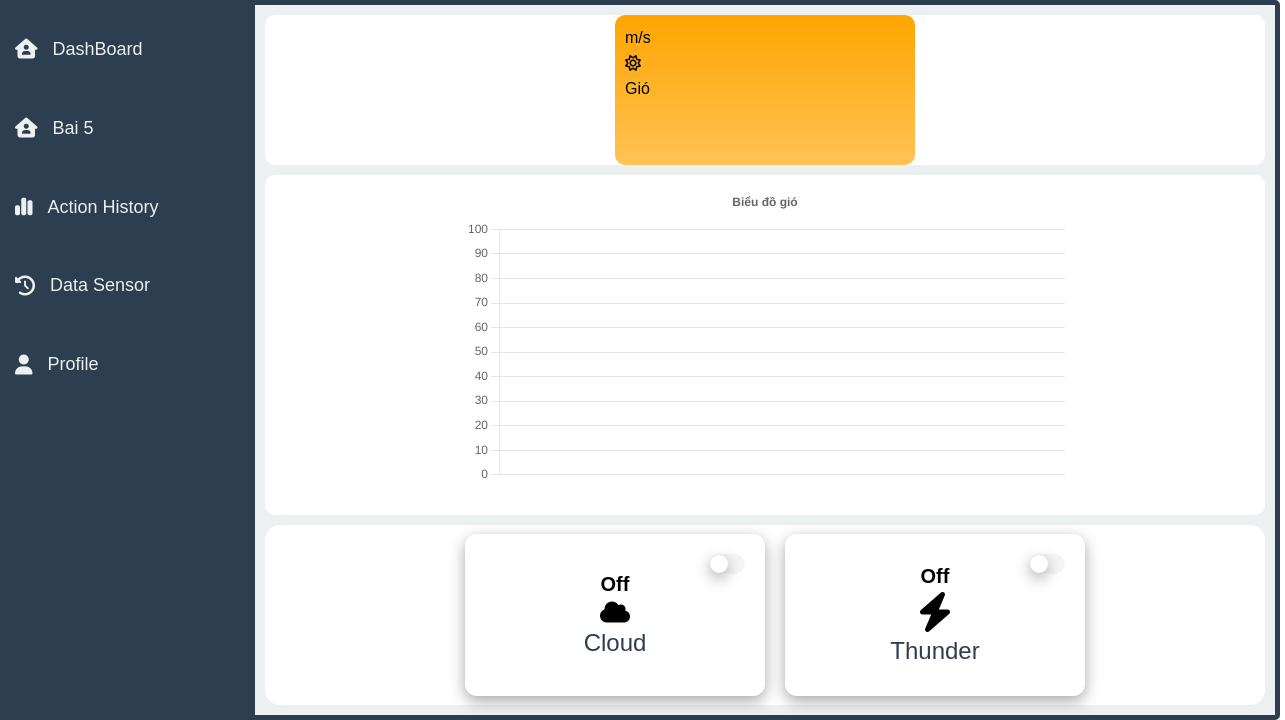
Repository: duongnoob23/duyyyy
Page: /bai5 (app in iot/)
An editor plug-in stored every save of this project. The page is shown before and after the next save, followed by the edit.
The browser window is 1280 px wide. The page is 1285 px wide, so the pictures cover 1285 px, including what lies to the right of the window. The pictures show the whole page.
The page's requests for data from a server got no answer. Some web libraries are served in a nearby version. The project was rebuilt for these pictures with package versions that can differ from the ones it lists, and the page was loaded fresh each time. No one was signed in, and anything a server would have sent is missing. Also part of the build but not shown: iot/src/App.css, iot/src/Components/Doughnut/GaugeChart.js, iot/src/Components/LineChart/LineChartECharts.js, iot/src/Pages/Home/Home.js, iot/src/Pages/DataLogs/DataLogs.js, iot/src/Pages/Profile/Profile.css, iot/src/Pages/Profile/Profile.js, iot/src/Pages/Action/Action.js.

Above is the page before, as saved 2024-12-02 22:33:35.

### iot/public/index.html
<!DOCTYPE html>
<html lang="en">
  <head>
    <meta charset="utf-8" />
    <link rel="icon" href="%PUBLIC_URL%/favicon.ico" />
    <meta name="viewport" content="width=device-width, initial-scale=1" />
    <meta name="theme-color" content="#000000" />
    <meta
      name="description"
      content="Web site created using create-react-app"
    />
    <link rel="apple-touch-icon" href="%PUBLIC_URL%/logo192.png" />
    <!--
      manifest.json provides metadata used when your web app is installed on a
      user's mobile device or desktop. See https://developers.google.com/web/fundamentals/web-app-manifest/
    -->
    <link rel="manifest" href="%PUBLIC_URL%/manifest.json" />
    <!--
      Notice the use of %PUBLIC_URL% in the tags above.
      It will be replaced with the URL of the `public` folder during the build.
      Only files inside the `public` folder can be referenced from the HTML.

      Unlike "/favicon.ico" or "favicon.ico", "%PUBLIC_URL%/favicon.ico" will
      work correctly both with client-side routing and a non-root public URL.
      Learn how to configure a non-root public URL by running `npm run build`.
    -->
    <link rel="stylesheet" href="https://cdnjs.cloudflare.com/ajax/libs/font-awesome/6.6.0/css/all.min.css" integrity="sha512-Kc323vGBEqzTmouAECnVceyQqyqdsSiqLQISBL29aUW4U/M7pSPA/gEUZQqv1cwx4OnYxTxve5UMg5GT6L4JJg==" crossorigin="anonymous" referrerpolicy="no-referrer" />
    <title>React App</title>
    <script src="https://code.highcharts.com/highcharts.js"></script>
  </head>
  <body>
    <noscript>You need to enable JavaScript to run this app.</noscript>
    <div id="root"></div>
    <!--
      This HTML file is a template.
      If you open it directly in the browser, you will see an empty page.

      You can add webfonts, meta tags, or analytics to this file.
      The build step will place the bundled scripts into the <body> tag.

      To begin the development, run `npm start` or `yarn start`.
      To create a production bundle, use `npm run build` or `yarn build`.
    -->
  </body>
</html>

### iot/src/index.js
import React from 'react';
import { DatePicker } from 'antd';
import ReactDOM from 'react-dom/client';
import './index.css';
import App from './App';
import reportWebVitals from './reportWebVitals';
import { BrowserRouter } from 'react-router-dom';


const root = ReactDOM.createRoot(document.getElementById('root'));
root.render(
  // <React.StrictMode>
  <BrowserRouter>
    <App />
  </BrowserRouter>

  // </React.StrictMode>
);


reportWebVitals();

### iot/src/index.css
body {
  margin: 0;
  font-family: -apple-system, BlinkMacSystemFont, 'Segoe UI', 'Roboto', 'Oxygen',
    'Ubuntu', 'Cantarell', 'Fira Sans', 'Droid Sans', 'Helvetica Neue',
    sans-serif;
  -webkit-font-smoothing: antialiased;
  -moz-osx-font-smoothing: grayscale;
}

code {
  font-family: source-code-pro, Menlo, Monaco, Consolas, 'Courier New',
    monospace;
}

*{
  box-sizing: border-box;
  font-family: Arial, Helvetica, sans-serif;
}

html{
  font-size: 62.5%;
}

ul,li{
  list-style-type: none;
  margin: 0;
  padding:0;
}
a{
  text-decoration: none;
}

body{
  margin: 0;
  padding: 0;

}

### iot/src/App.js
// import logo from './logo.svg';
import './App.css';
import Layout from './Components/Layout/Layout';
import { Routes,Route} from 'react-router-dom';
import Home from './Pages/Home/Home';
import DataLogs from './Pages/DataLogs/DataLogs';
import Profile from './Pages/Profile/Profile';
import Action from './Pages/Action/Action';
import Bai5 from './Pages/Bai5/Bai5';
function App() {
  return (
    <>

      <Routes>
          <Route path="/" element = {<Layout/>}>
            <Route path='home' element={<Home/>}/>
            <Route path='bai5' element={<Bai5 />}/>
            <Route path='datalogs' element={<DataLogs/>}/>
            <Route path='profile' element={<Profile/>}/>
            <Route path='action' element={<Action/>}/>
          </Route>
      </Routes>
    </>
  );
}

export default App;

### iot/src/Components/Layout/Layout.css


/* Reset default padding and margins */
* {
    margin: 0;
    padding: 0;
    box-sizing: border-box;
}

/* DashBoard container */
.dashBoard {
    display: flex;
    height : 100vh;
    font-family: 'Roboto', sans-serif;
}

/* SideBar styling */
.sideBar {
    width: 250px;
    background-color: #2c3e50;
    padding: 20px 0;
    position: fixed;
    height: 100%;
    transition: all 0.3s ease;
}

.sideBar-list {
    list-style: none;
    padding-left: 0;
}

.sideBar-item {
    margin-bottom: 20px;
}

.sideBar-icon {
    display: flex;
    align-items: center;
    padding: 15px;
    color: #ecf0f1;
    text-decoration: none;
    transition: background 0.3s ease, color 0.3s ease;
}

.sideBar-icon i {
    margin-right: 15px;
    font-size: 20px;
}

/* Hover effect for sidebar items */
.sideBar-icon:hover {
    background-color: #34495e;
    color: #1abc9c;
    cursor: pointer;
    padding-left: 25px; /* Add a slide effect */
    transition: all 0.3s ease;
}

.sideBar-text {
    font-size: 18px;
}

/* Active link effect */
.sideBar-icon.active {
    background-color: #1abc9c;
    color: #fff;
    border-radius: 8px;
    transition: all 0.3s ease;
}

/* SideMain styling */
.sideMain {
    margin-left: 250px;
    background-color: #ecf0f1;
    flex-grow: 1;
}

/* Responsive Design */
@media screen and (max-width: 768px) {
    .sideBar {
        width: 200px;
    }

    .sideBar-icon {
        padding: 10px;
    }

    .sideMain {
        margin-left: 200px;
        padding: 20px;
    }
}

@media screen and (max-width: 576px) {
    .sideBar {
        width: 60px;
    }

    .sideBar-icon i {
        margin-right: 0;
        text-align: center;
        flex: 1;
    }

    .sideBar-text {
        display: none;
    }

    .sideMain {
        margin-left: 60px;
        padding: 10px;
    }
}

### iot/src/Pages/Home/Home.css

.main {
    display: flex;
    flex-direction: column;
    height : 100%;

    box-sizing: border-box;
}

.section {
  width: 100%;
  height : 100%;
}



.section-one{
    width: 100%;
    height : 100%;
    display: flex;
    flex-direction: row;

}

.left{
  width: 75%;
}

.right{
  width: 25%;
}

.sensor{
    height: 30%;
}


.sensor-list {
    height: 100%;
    display: flex;
    list-style-type: none;
    padding: 0;
    margin: 0;
    justify-content: space-between;
    width: 100%;
}

.sensor-item {
    flex: 1;

    background-color: #ffffff;
    border-radius: 12px;
    box-shadow: 0 4px 12px rgba(0, 0, 0, 0.1);
    display: flex;
    flex-direction: column;
    align-items: center;
    text-align: center;
    margin: 10px;
    min-width: 50px;
}
  .sensor-item .sensor-digit {
    font-size: 1.2em;
    font-weight: bold;
    margin-bottom: 5px;
    color: #333;
  }

  .sensor-item:nth-child(2){
  }

  .sensor-bar {
    width: 100%;
    height: 100px;
    background-color: #e0e0e0;
    border-radius: 8px;
    position: relative;
    overflow: hidden;
    margin: 10px 0;
  }

  .sensor-fill {
    position: absolute;
    bottom: 0;
    width: 100%;
    border-radius: 8px;
  }

  .sensor-item.light .sensor-fill {
    background-color: #ffb74d;
  }

  .sensor-item.temperature .sensor-fill {
    background-color: #ef5350;
  }

  .sensor-item.humidity .sensor-fill {
    background-color: #42a5f5;
  }

  .label {
    font-size: 0.9em;
    font-weight: 600;
    color: #777;
  }
  .chart {
    height: 70%;
    width: 100%;
    padding: 0;
  }
.styleChart{
  aspect-ratio: 7/3;
}
  .electric1 {
    width: 100%;
    margin-top: 5px;
  }

  .electric1-list {
    list-style: none;
    padding: 0;
    margin: 0;
    display: flex;
    flex-direction: column;
    justify-content: space-around;
    gap: 15px;
  }

  .electric1-item {
    text-align: center;
    padding: 20px;
    background-color: white;
    border-radius: 10px;
    box-shadow: 0px 4px 10px rgba(0, 0, 0, 0.1);
    transition: transform 0.3s ease, box-shadow 0.3s ease;
    width: 300px;
  }




  .electric1-box {
    position: relative;
    margin-bottom: 10px;
  }

  .electric1-input {
    display: none;
  }

  .electric1-label {
    display: block;
    width: 60px;
    height: 30px;
    background-color: #ddd;
    border-radius: 15px;
    position: relative;
    cursor: pointer;
    transition: background-color 0.3s;
  }



  .electric1-input:checked + .electric1-label {
    background-color: #4caf50;
  }

  .electric1-input:checked + .electric1-label:before {
    left: 31px;
  }

  .on-off {
    font-weight: bold;
    margin-top: 8px;
    font-size: 16px;
  }

  .electric1-item i {
    font-size: 36px;
    color: #4caf50;
  }

  .electric1-item .light-icon,
  .electric1-item .temp-icon,
  .electric1-item .air-icon {
    color: #aaa;
  }

### iot/src/Components/Helper/URL.js
export const URL = "http://localhost:3001";

### iot/src/Pages/DataLogs/DataLogs.css
*{
    box-sizing: border-box;
}
.table {
    width: 90%;
    border-collapse: collapse;
    margin: 10px;
    border-radius:10px;
    overflow: hidden;
}

.data{
    border:5px solid #2c3e50;
    border-radius: 0 5px 5px 0;
    height: 100%;
}

.table__body{
    border-radius: 10px;
    border: 2px solid #2c3e50;
}

.table__head{
    border: 2px solid #2c3e50;
}
th, td {
    padding: 10px;
    text-align: center;
    border-bottom: 1px solid #ddd;
}
th {
    background-color: #2c3e50;
    color: white;
}

.table-row__body{
    transition: all 0.1s linear;

}
.table-row__body:nth-child(even){
    background-color: #eee;

}
.table-row__body:hover{
    background-color: #2c3e50;
    color: #F4C427;

}

.table-row__body:active{
    background-color: #2c3e50;
    color: #F4C427;
}
.data__title{
    margin-left: 10px;
    font-size: 20px;
    font-weight: bold;
}

.data__sort{
    margin-left: 10px;
    font-size: 15px;
    font-weight: bold;
    margin-bottom: 10px;

}

.data__in{
    border-radius: 10px;
    border: 2px solid #7A40F2;
    margin: 10px;
}

### iot/src/Pages/Action/Action.css
* {
    box-sizing: border-box;
    font-family: 'Arial', sans-serif; /* Change this to your preferred font */
    font-size: 16px; /* Default font size */
    line-height: 1.6; /* Controls line spacing */
}


.action {
    border: 5px solid #2c3e50;
    border-radius: 0 5px 5px 0;
    height: 100vh; /* Full viewport height */
    display: flex;
    flex-direction: column;
    justify-content: space-between; /* Distribute space evenly */
}

.action-title {
    margin-left: 10px;
    font-size: 24px;
    font-weight: bold;
    margin-bottom: 20px;
}

.option {
    display: flex;
    align-items: center;
    margin-bottom: 20px;
}

.search {
    margin-left: 20px;
    display: flex;
    align-items: center;
}

.search__input {
    padding: 8px 15px;
    border-radius: 8px;
    outline: none;
    border: 1px solid #2c3e50;
    margin-right: 5px;
    font-size: 16px;
}

.search__icon {
    cursor: pointer;
    font-size: 20px;
    color: #2c3e50;
}

.select, .select2 {
    margin-left: auto;
    padding: 0 10px;
}

.select__list {
    padding: 8px 12px;
    border-radius: 8px;
    border: 1px solid #2c3e50;
    outline: none;
    font-size: 16px;
}

/* Table container to control overflow */
.table__container {
    flex-grow: 1;
    overflow-y: auto;
    border-radius: 10px;
    margin: 0 20px;
    padding-bottom: 20px;
}

.table {
    width: 100%;
    border-collapse: collapse;
}

.table__head {
    background-color: #2c3e50;
    color: white;
    border-radius: 10px 10px 0 0;
}

.table-row__head th, .table-row__body td {
    padding: 10px;
    text-align: center;
}

.table-row__body:nth-child(even) {
    background-color: #f7f7f7;
}

.table-row__body:hover {
    background-color: #2c3e50;
    color: #F4C427;
}

/* Maintain height to ensure 10 rows fill the page */
.table-row__body {
    height: 40px; /* Adjust this based on design preferences */
    transition: background-color 0.3s;
}

.table__body {
    border-radius: 0 0 10px 10px;
}

.pagination {
    margin-right: 20px;
    padding: 10px 0;
    text-align: right;
}

.pagi__list {
    display: flex;
    justify-content: flex-end;
    align-items: center;
    font-size: 16px;
}

.pagi__item {
    margin: 0 5px;
    cursor: pointer;
    padding: 5px 10px;
    border: 1px solid #3498db;
    border-radius: 5px;
    transition: background-color 0.3s;
}

.pagi__next, .pagi__pre {
    color: #3498db;
}

.pagi__cur {
    font-weight: bold;
    color: #fff;
    background-color: #15181b;
    border-radius: 5px;
    padding: 5px 10px;
}

/* Ensure last row visibility */
.table__container::-webkit-scrollbar {
    width: 6px;
}

.table__container::-webkit-scrollbar-thumb {
    background-color: #121518;
    border-radius: 10px;
}

### iot/src/Pages/Bai5/Bai5.css
.main{
    width: 100%;
    padding:10px;
    height: 100%;
    border:5px solid #2c3e50;
    border-radius: 0 5px 5px 0;
}


.section{
}

.section .section-two{
    height: 100%;
    width: 100%;
    display: flex;
    flex-direction: column;
}



.control{
    background-color: white;
    border-radius: 15px;
}

.control-list{
    display: flex;
    justify-content: center;
    align-items: center;
    margin-left: -20px;
    height: 100%;
}

.control-item{
    width: 80%;
    height: calc(100% / 3 - 10px);
    margin-left: 20px;
    border-radius: 10px;
    padding: 10px;
    box-shadow: rgba(0, 0, 0, 0.35) 0px 5px 15px;
    color:#2c3e50;
    display: flex;
    flex-direction: column;
    justify-content: space-between;
    font-size: 15px;
    transition: all 0.25s linear;
    position: relative;
}



.control-item i{
    font-size: 40px;
}

.control-item .on-off{
    font-size: 20px;
    color: black;
    margin-top: 0;
}

.control-item:hover .on-off{
}

.control-input{
    display: none;
}

.control-input:checked + .control-label{
    background-color: #2c3e50;
    box-shadow: white 0px 5px 15px;
}

.control-input:checked + .control-label:after{
    background-color: white;
    transform: translateX(17px);
}
.control-input:checked .temperature{
    color: #2c3e50;
}


.control-label{
    position: absolute;
    top:20px;
    right: 20px;
    width: 36px;
    height: 20px;
    border-radius: 20px;
    background-color: #F5F5F5;
    transition: all 0.25s linear;
    cursor: pointer;
}

.control-label:after{
    cursor: pointer;
    content: "";
    position:  absolute;
    top:1px;
    left: 1px;
    width: 18px;
    height: 18px;
    border-radius: 50%;
    background-color: white;
    transition: all 0.25s linear;
    box-shadow: rgba(0, 0, 0, 0.35) 0px 5px 15px;
}

.control-item .control-thunder{
    display: inline-block;
    font-size: 40px;
    color: black;
    transition: all 0.4s linear;
    display: flex;
    justify-content: center;
    align-items: center;
}
.control-item .control-thunder.show{
    color: yellow;
    filter: drop-shadow(0 0 10px rgba(255, 255, 0, 0.8)) drop-shadow(0 0 20px rgba(255, 255, 0, 0.642));
}
.control-item .control-light {
    display: inline-block;
    font-size: 40px;
    color: black;
    transition: all 0.4s linear;
    display: flex;
    justify-content: center;
    align-items: center;
}

.control-item .control-light.show {
    color: yellow;
    filter: drop-shadow(0 0 10px rgba(255, 255, 0, 0.8)) drop-shadow(0 0 20px rgba(255, 255, 0, 0.642));
}

.control-item .control-cloud{
    display: flex;
    justify-content: center;
    align-items: center;
    color:black;
}

.control-item .control-cloud.show{
    /* content: ""; */
    /* animation:spin 2s linear infinite; */
    /* color:#3acbe9; */
    transition: all 0.4s linear;
    color: rgb(127, 192, 241);
    filter: drop-shadow(0 0 10px rgba(106, 187, 249, 0.808)) drop-shadow(0 0 20px rgba(107, 178, 233, 0.63));
}

.control-item .control-air {
    display: flex;
    justify-content: center;
    align-items: center;
    color: black;
}

.control-item .control-air.show {
    content: "";
    animation:spin 2s linear infinite;
    color:#3acbe9;
    transition: all 0.4s linear;
}

.control-item .control-temperature{
    display: flex;
    justify-content: center;
    align-items: center;
    color:black;
}

.control-item .control-temperature.show{
    background-image: linear-gradient(to top,red,yellow);
    color:transparent;
    background-clip: text;
    transition: all 0.4s linear;
}

@keyframes spin {
    to{
        transform: rotate(720deg);
    }
  }

.meter{
    background-color: white;
    padding:10px;
    border-radius: 15px;
    margin-bottom: 5px;
}

.meter-list{
    display: flex;
    justify-content: center;
    align-items: center;
    margin-left: -20px;
}

.meter-item{
    width: calc(100% / 3 - 20px);
    height: 120px;
    margin-left: 20px;
    border-radius: 10px;
    padding: 10px;
    box-shadow: rgba(0, 0, 0, 0.35) 0px 5px 15px;
    color:black;
    display: flex;
    flex-direction: column;
    justify-content: space-between;
    font-size: 18px;
    transition: all 0.25s linear;
    position: relative;
}
.meter-item:first-child{
    background-color: #f4c427;
    }



.meter-item:last-child{
    background-color: #3acbe9;
}

.meter-item:nth-child(2){
    background-color: #FF9060;
}

.meter-digit
{
    text-align: start;
    font-size: 24px;
    font-weight: white;
}

.chart{
    width: 100%;
    height: 50%;
    border-radius: 10px;
    background-color: white;
    padding:10px;
    margin-bottom: 10px;
    ;
}



.blink {
    background-color: yellow;
    /* animation: blink 1s infinite; */
    color:black;
  }

  @keyframes blink {
    0%, 100% {
      background-color: yellow;
      color:white;
    }
    50% {
      background-color: transparent;
    }
  }

.bai{
    width: 100%;
    height: 25%;
    background-color: white;
    margin-bottom: 10px;
    border-radius: 10px;
    overflow: hidden;
}
.bai5{
    background-color: white;
    margin: 0 auto;
    width: 300px;
    height: 100%;
    border-radius: 10px;
    overflow: hidden;
}

.bai5 .bai5-item{
    padding: 10px;
    height: 100%;
}
.control{
    width: 100%;
    height: 30%;
}

.control-list{
    height: 100%;
    display: flex;
    justify-content: center;
    align-items: center;
    margin-right: -20px;
}

.control-item{
    margin-left: 20px;
    width: 300px;
    height: 90%;
    padding: 10px;
    border-radius: 12px;
    font-size: 32px;
    display: flex;
    justify-content: center;
    align-items: center;
    flex-direction: column;
}

.control-item .text{
    font-size: 24px;
}

.control-item i{
    font-size: 24px;
}

.electric {
    width: 100%;
    margin-top: 5px;
}

.electric-list {
    list-style: none;
    padding: 0;
    margin: 0;
    display: flex;
    flex-direction: column;
    justify-content: space-around;
    gap: 15px;
}

.electric-item {
    /* flex: 1; */
    text-align: center;
    padding: 20px;
    background-color: #f9f9f9;
    border-radius: 10px;
    box-shadow: 0px 4px 10px rgba(0, 0, 0, 0.1);
    transition: transform 0.3s ease, box-shadow 0.3s ease;
    width: 300px;
}




.electric-box {
    position: relative;
    margin-bottom: 10px;
}

.electric-input {
    display: none;
}

.electric-label {
    display: block;
    width: 60px;
    height: 30px;
    background-color: #ddd;
    border-radius: 15px;
    position: relative;
    cursor: pointer;
    transition: background-color 0.3s;
}



.electric-input:checked+.electric-label {
    background-color: #4caf50;
}

.electric-input:checked+.electric-label:before {
    left: 31px;
}

.on-off {
    font-weight: bold;
    margin-top: 8px;
    font-size: 16px;
}

.electric-item i {
    font-size: 36px;
    color: #4caf50;
}

.electric-item .light-icon,
.electric-item .temp-icon,
.electric-item .air-icon {
    color: #aaa;
}

Loaded but not shown: iot/src/reportWebVitals.js (common file); iot/src/Pages/Bai5/Bai5.js (141 lines, source omitted); iot/src/Components/LineChart/LineChartFix.js (105 lines, source omitted); iot/src/Components/Layout/Layout.js (61 lines, source omitted)

After the next save:
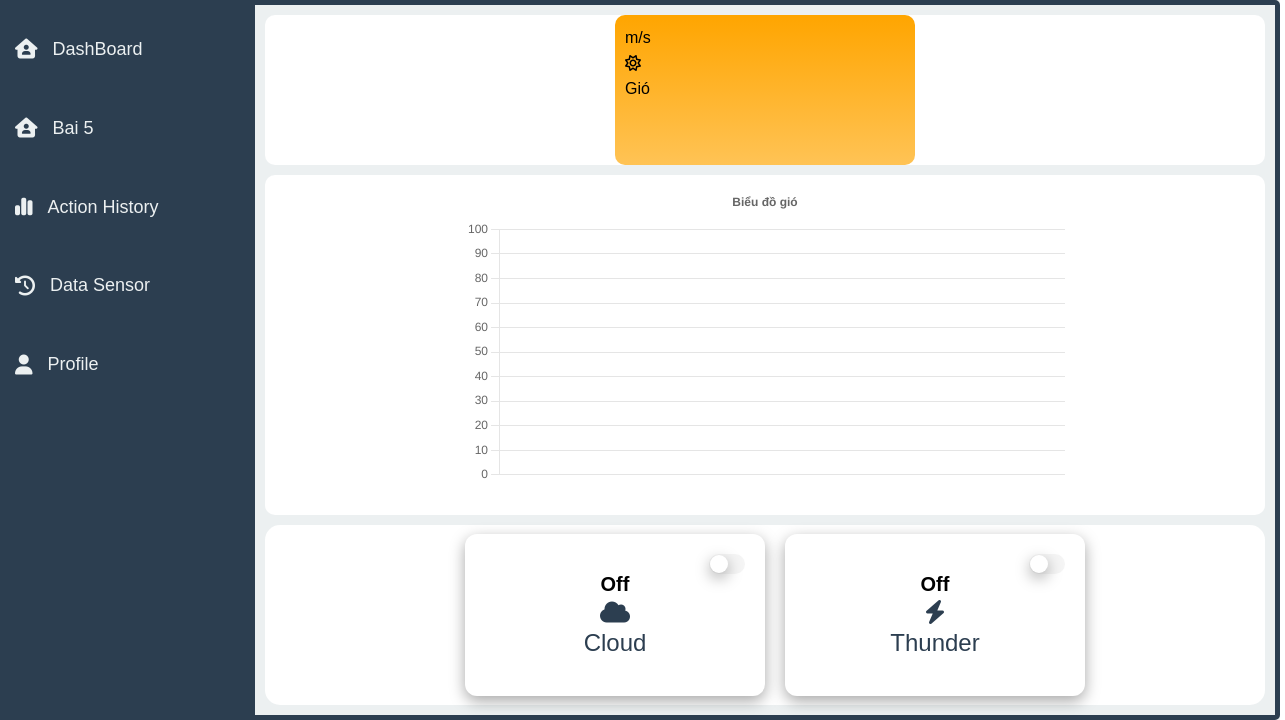
Saved 94 s later.
--- a/iot/src/Pages/Bai5/Bai5.css
+++ b/iot/src/Pages/Bai5/Bai5.css
@@ -107,7 +107,7 @@
     box-shadow: rgba(0, 0, 0, 0.35) 0px 5px 15px;
 }
 
-.control-item .control-thunder{
+.control-item .control-light{
     display: inline-block;
     font-size: 40px;
     color: black;
@@ -116,49 +116,19 @@
     justify-content: center;
     align-items: center;
 }
-.control-item .control-thunder.show{
+.control-item .control-light.show{
     color: yellow;
     filter: drop-shadow(0 0 10px rgba(255, 255, 0, 0.8)) drop-shadow(0 0 20px rgba(255, 255, 0, 0.642));
 }
-.control-item .control-light {
-    display: inline-block;
-    font-size: 40px;
-    color: black;
-    transition: all 0.4s linear;
-    display: flex;
-    justify-content: center;
-    align-items: center;
-}
-
-.control-item .control-light.show {
-    color: yellow;
-    filter: drop-shadow(0 0 10px rgba(255, 255, 0, 0.8)) drop-shadow(0 0 20px rgba(255, 255, 0, 0.642));
-}
-
-.control-item .control-cloud{
-    display: flex;
-    justify-content: center;
-    align-items: center;
-    color:black;
-}
-
-.control-item .control-cloud.show{
-    /* content: ""; */
-    /* animation:spin 2s linear infinite; */
-    /* color:#3acbe9; */
-    transition: all 0.4s linear;
-    color: rgb(127, 192, 241);
-    filter: drop-shadow(0 0 10px rgba(106, 187, 249, 0.808)) drop-shadow(0 0 20px rgba(107, 178, 233, 0.63));
-}
-
-.control-item .control-air {
-    display: flex;
-    justify-content: center;
-    align-items: center;
-    color: black;
-}
-
-.control-item .control-air.show {
+
+.control-item .control-air{
+    display: flex;
+    justify-content: center;
+    align-items: center;
+    color:black;
+}
+
+.control-item .control-air.show{
     content: "";
     animation:spin 2s linear infinite;
     color:#3acbe9;
@@ -276,7 +246,7 @@
     margin: 0 auto;
     width: 300px;
     height: 100%;
-    border-radius: 10px;
+   border-radius: 10px;
     overflow: hidden;
 }
 
@@ -317,79 +287,3 @@
 .control-item i{
     font-size: 24px;
 }
-
-.electric {
-    width: 100%;
-    margin-top: 5px;
-}
-
-.electric-list {
-    list-style: none;
-    padding: 0;
-    margin: 0;
-    display: flex;
-    flex-direction: column;
-    justify-content: space-around;
-    gap: 15px;
-}
-
-.electric-item {
-    /* flex: 1; */
-    text-align: center;
-    padding: 20px;
-    background-color: #f9f9f9;
-    border-radius: 10px;
-    box-shadow: 0px 4px 10px rgba(0, 0, 0, 0.1);
-    transition: transform 0.3s ease, box-shadow 0.3s ease;
-    width: 300px;
-}
-
-
-
-
-.electric-box {
-    position: relative;
-    margin-bottom: 10px;
-}
-
-.electric-input {
-    display: none;
-}
-
-.electric-label {
-    display: block;
-    width: 60px;
-    height: 30px;
-    background-color: #ddd;
-    border-radius: 15px;
-    position: relative;
-    cursor: pointer;
-    transition: background-color 0.3s;
-}
-
-
-
-.electric-input:checked+.electric-label {
-    background-color: #4caf50;
-}
-
-.electric-input:checked+.electric-label:before {
-    left: 31px;
-}
-
-.on-off {
-    font-weight: bold;
-    margin-top: 8px;
-    font-size: 16px;
-}
-
-.electric-item i {
-    font-size: 36px;
-    color: #4caf50;
-}
-
-.electric-item .light-icon,
-.electric-item .temp-icon,
-.electric-item .air-icon {
-    color: #aaa;
-}
